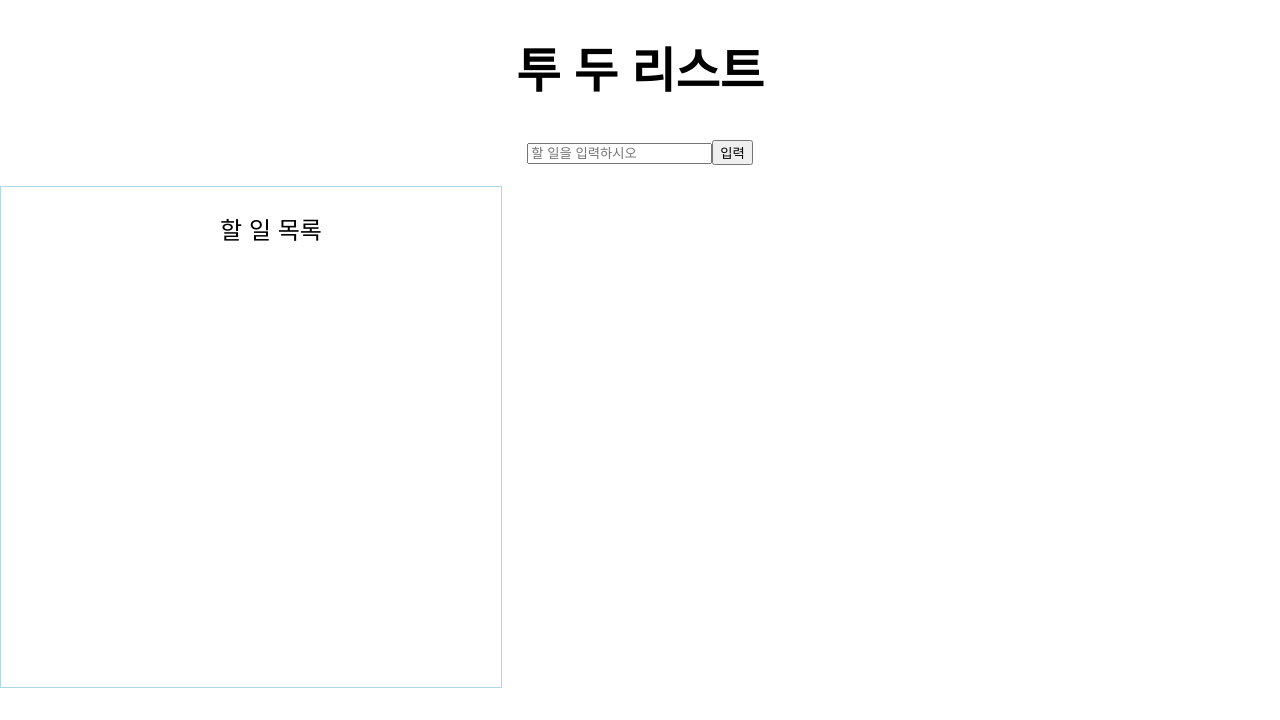
Repository: jun01270/Todo-List_React
Page: /
These files come from the project's save history. The page is drawn as it stood at one moment and after the next save; the edit follows.
The browser window is 1280 px wide. The pictures show the whole page.
The project was rebuilt for these pictures with package versions that can differ from the ones it lists, and the page was loaded fresh each time.

Above is the page before, as saved 2023-01-02 17:22:02.

### public/index.html
<!DOCTYPE html>
<html lang="en">
  <head>
    <meta charset="utf-8" />
    <link rel="preconnect" href="https://fonts.googleapis.com" />
    <link rel="preconnect" href="https://fonts.gstatic.com" crossorigin />
    <link
      href="https://fonts.googleapis.com/css2?family=Nanum+Pen+Script&display=swap"
      rel="stylesheet"
    />
    <meta name="viewport" content="width=device-width, initial-scale=1" />
    <meta name="theme-color" content="#000000" />
    <meta
      name="description"
      content="Web site created using create-react-app"
    />
    <link rel="apple-touch-icon" href="%PUBLIC_URL%/logo192.png" />
    <!--
      manifest.json provides metadata used when your web app is installed on a
      user's mobile device or desktop. See https://developers.google.com/web/fundamentals/web-app-manifest/
    -->
    <link rel="manifest" href="%PUBLIC_URL%/manifest.json" />
    <!--
      Notice the use of %PUBLIC_URL% in the tags above.
      It will be replaced with the URL of the `public` folder during the build.
      Only files inside the `public` folder can be referenced from the HTML.

      Unlike "/favicon.ico" or "favicon.ico", "%PUBLIC_URL%/favicon.ico" will
      work correctly both with client-side routing and a non-root public URL.
      Learn how to configure a non-root public URL by running `npm run build`.
    -->
    <title>React App</title>
  </head>
  <body>
    <noscript>You need to enable JavaScript to run this app.</noscript>
    <div id="root"></div>
    <!--
      This HTML file is a template.
      If you open it directly in the browser, you will see an empty page.

      You can add webfonts, meta tags, or analytics to this file.
      The build step will place the bundled scripts into the <body> tag.

      To begin the development, run `npm start` or `yarn start`.
      To create a production bundle, use `npm run build` or `yarn build`.
    -->
  </body>
</html>

### src/App.js
import "./App.css";
import Todo from "./todo";

function App() {
  return (
    <>
      <Todo />
    </>
  );
}

export default App;

### src/App.css
#todo {
  font-family: "Nanum Pen Script", cursive;
  font-size: x-large;
  display: flex;
  justify-content: center;
  text-align: center;
  flex-direction: column;
}

.todo-items {
  margin-top: 20px;
  width: 500px;
  height: 500px;
  border: 1px solid lightblue;
}

### src/todo.js
import { useState } from "react";
import "./App.css";

function Todo() {
  return (
    <div id="todo">
      <h1>투 두 리스트</h1>
      <div>
        <input type="text" placeholder="할 일을 입력하시오"></input>
        <button>입력</button>
      </div>
      <div className="todo-items">
        <ul>할 일 목록</ul>
      </div>
    </div>
  );
}

export default Todo;

Loaded but not shown: src/index.js (common file); src/index.css (common file); src/reportWebVitals.js (common file)

After the next save:
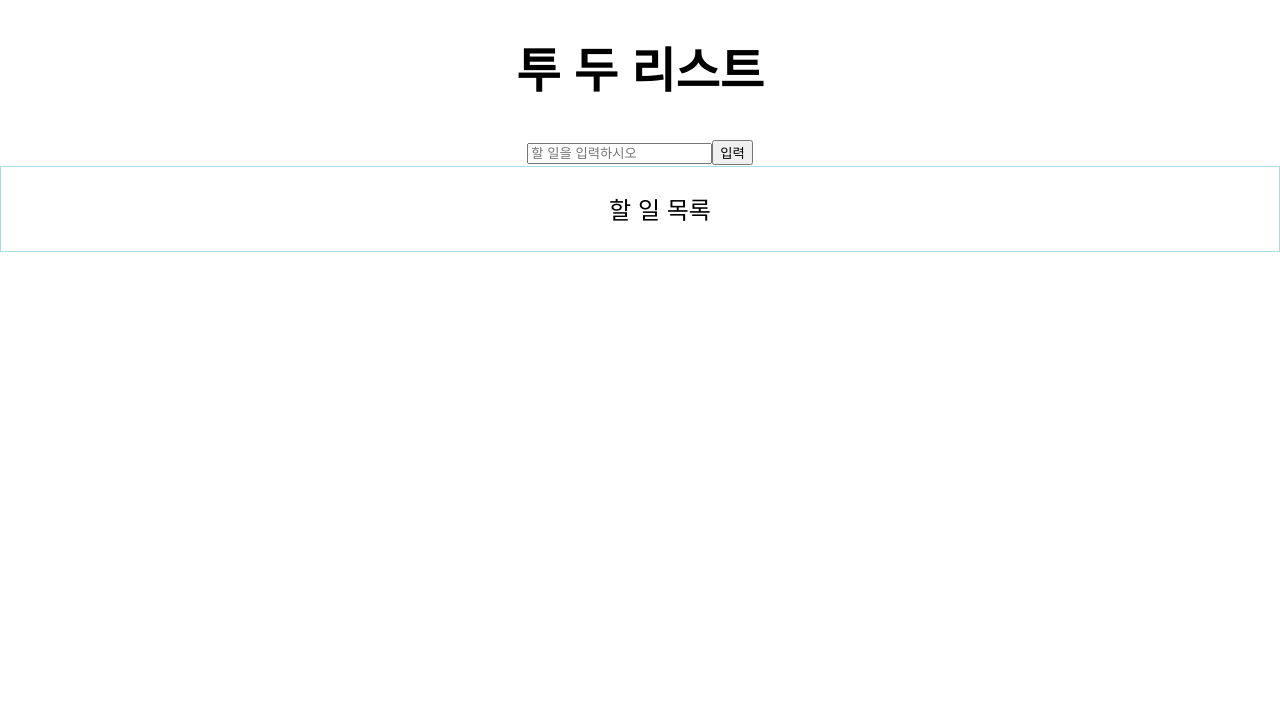
Saved 29 s later.
--- a/src/App.css
+++ b/src/App.css
@@ -8,8 +8,5 @@
 }
 
 .todo-items {
-  margin-top: 20px;
-  width: 500px;
-  height: 500px;
   border: 1px solid lightblue;
 }
